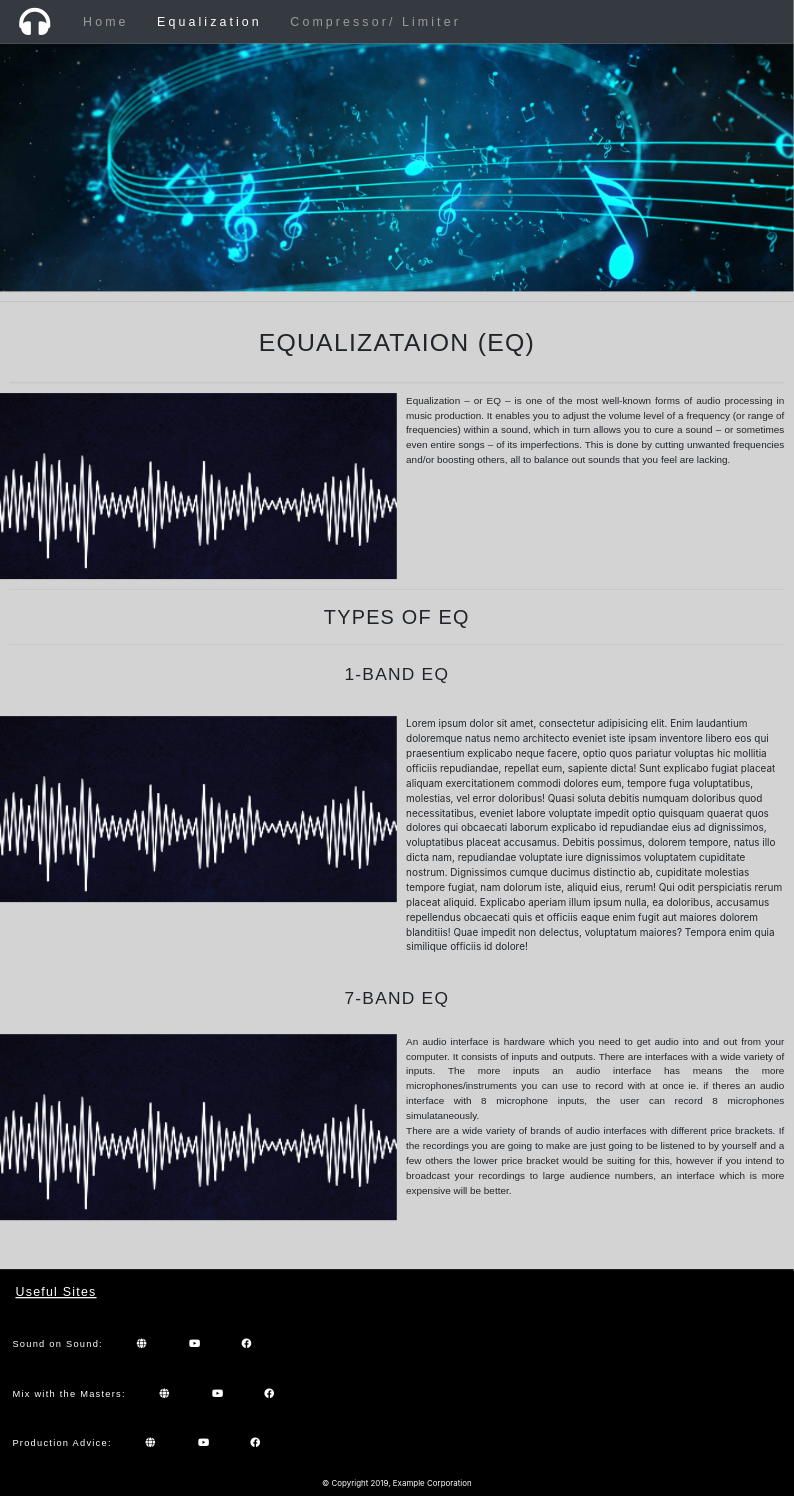
Repository: djjtyn/CIMilestoneProject1
Page: eq.html
The author's editor kept a record of every edit. The page is drawn from the files as they stood at one moment, then again after the next edit.
The browser window is 1280 px wide. The pictures show the whole page, at 62% of full size.
Some web libraries are served in a nearby version.

Above is the page before.
Console error (its wording comes from the project's code and is left out).

### eq.html
<!DOCTYPE html>
<html lang="en">
<head>
    <meta charset="UTF-8">
    <meta name="viewport" content="width=device-width, initial-scale=1.0">
    <meta http-equiv="X-UA-Compatible" content="ie=edge">
    <link rel="stylesheet" href="https://stackpath.bootstrapcdn.com/bootstrap/4.3.1/css/bootstrap.min.css" integrity="sha384-ggOyR0iXCbMQv3Xipma34MD+dH/1fQ784/j6cY/iJTQUOhcWr7x9JvoRxT2MZw1T" crossorigin="anonymous">
    <link href="https://cdnjs.cloudflare.com/ajax/libs/font-awesome/5.9.0/css/all.min.css" rel="stylesheet">
    <link rel="stylesheet" href="css/style.css" type="text/css" />
    <title>Digital Audio Workstation</title>
</head>
<body>
  <nav class="navbar navbar-expand-md navbar-dark bg-dark fixed">
            <div class="nav-brand">
                <i class="fas fa-headphones"></i>
            </div>
            <button class="navbar-toggler" type="button" data-toggle="collapse" data-target="#navbarResponsive" aria-hidden="true">
                <span class="navbar-toggler-icon"></span>
            </button>

            <div class="collapse navbar-collapse" id="navbarResponsive">
                <ul class="navbar-nav mr-auto">
                    <li class="nav-item">
                        <a class="nav-link" href="index.html">Home</a>
                    </li>
                      <li class="nav-item">
                        <a class="nav-link active" href="eq.html">Equalization</a>
                    </li>
                      <li class="nav-item">
                        <a class="nav-link" href="compressor.html">Compressor/ Limiter</a>
                    </li>
                </ul>
            </div>
        </nav> <!--NAVBAR-->

  <div class="no-gutters common-img "></div>                                  <!--COMMON PIC-->

  <hr>
                                                                            <!--MAIN-->
  <section class="container-fluid">
    <div class="row">
      <div class="col-12">
        <h1>EQUALIZATAION (EQ)</h1>
      </div>
    </div>
    <hr>

    <div class="row">
      <div class="col-12 col-md-6 eq"></div>
      <div class="col-12 col-md-6">
        <p>Equalization – or EQ – is one of the most well-known forms of audio processing in music production. It enables you to adjust the volume level of a frequency (or range of frequencies) within a sound, which in turn allows you to cure a sound – or sometimes even entire songs – of its imperfections. This is done by cutting unwanted frequencies and/or boosting others, all to balance out sounds that you feel are lacking.</p>
      </div>
    </div>
    <hr>
    <h2>Types of EQ</h2>
    <hr>

    <div class="row comp">
      <div class="col-12">
        <h3>1-Band EQ</h3>
      </div>

      <div class="col-12 col-md-6 eq"></div>
      <div class="col-12 col-md-6">
    Lorem ipsum dolor sit amet, consectetur adipisicing elit. Enim laudantium doloremque natus nemo architecto eveniet iste ipsam inventore libero eos qui praesentium explicabo neque facere, optio quos pariatur voluptas hic mollitia officiis repudiandae, repellat eum, sapiente dicta! Sunt explicabo fugiat placeat aliquam exercitationem commodi dolores eum, tempore fuga voluptatibus, molestias, vel error doloribus! Quasi soluta debitis numquam doloribus quod necessitatibus, eveniet labore voluptate impedit optio quisquam quaerat quos dolores qui obcaecati laborum explicabo id repudiandae eius ad dignissimos, voluptatibus placeat accusamus. Debitis possimus, dolorem tempore, natus illo dicta nam, repudiandae voluptate iure dignissimos voluptatem cupiditate nostrum. Dignissimos cumque ducimus distinctio ab, cupiditate molestias tempore fugiat, nam dolorum iste, aliquid eius, rerum! Qui odit perspiciatis rerum placeat aliquid. Explicabo aperiam illum ipsum nulla, ea doloribus, accusamus repellendus obcaecati quis et officiis eaque enim fugit aut maiores dolorem blanditiis! Quae impedit non delectus, voluptatum maiores? Tempora enim quia similique officiis id dolore!
      </div>
    </div>


    <div class="row">
      <div class="col-12">
        <h3>7-Band EQ</h3>
      </div>
    </div>

    <div class="row int">
      <div class="col-12 col-md-6 eq"></div>
      <div class="col-12 col-md-6">
        <p>An audio interface is hardware which you need to get audio into and out from your computer. It consists of inputs and outputs. There are interfaces with a wide variety of inputs. The more inputs an audio interface has means the more microphones/instruments you can use to record with at once ie. if theres an audio interface with 8 microphone inputs, the user can record 8 microphones simulataneously.<br>
          There are a wide variety of brands of audio interfaces with different price brackets. If the recordings you are going to make are just going to be listened to by yourself and a few others the lower price bracket would be suiting for this, however if you intend to broadcast your recordings to large audience numbers, an interface which is more expensive will be better.</p>
      </div>
    </div>
    </section>



  <footer class="container-fluid links">
    <h5 class="uppercase">Useful Sites</h5>
    <div class="sos">
      <h6>Sound on Sound:</h6>
    <a href="https://www.soundonsound.com/" target="_blank"> <i class="fas fa-globe"></i></a>
    <a href="https://www.youtube.com/channel/UCFw2zGrdiLLAwbNQra1vtnA" target="_blank"><i class="fab fa-youtube"></i></a>
    <a href="https://www.facebook.com/soundonsoundmag/" target="_blank"><i class="fab fa-facebook"></i></a>
    </div>
    <div class="mwthm">
      <h6>Mix with the Masters:</h6>
    <a href="https://mixwiththemasters.com/" target="_blank"><i class="fas fa-globe"></i></a>
    <a href="https://www.youtube.com/user/MixWithTheMASTERS" target="_blank"><i class="fab fa-youtube"></i></a>
      <a href="https://www.facebook.com/MixWithTheMasters/" target="_blank"><i class="fab fa-facebook"></i></a>
    </div>
     <div class="pa">
      <h6>Production Advice:</h6>
    <a href="https://productionadvice.co.uk/" target="_blank"><i class="fas fa-globe"></i></a>
    <a href="https://www.youtube.com/channel/UCMFrnWIF6N5YtOZzmCGP16A" target="_blank"><i class="fab fa-youtube"></i></a>
     <a href="https://www.facebook.com/ProductionAdvice/" target="_blank"><i class="fab fa-facebook"></i></a>
    </div>

    <div class="copy">
      <small>&copy; Copyright 2019, Example Corporation</small>
    </div>




    </footer>

</body>
<script src="https://cdnjs.cloudflare.com/ajax/libs/jquery/3.2.1/jquery.min.js"></script>
<script src="https://cdnjs.cloudflare.com/ajax/libs/twitter-bootstrap/4.0.0-alpha.6/js/bootstrap.min.js"></script>
</html>

### css/style.css
h1, h2, h3 {
    text-align: center;
    font-family: Arial;
    padding: 5;
    margin:2%;
    letter-spacing: 2px;
    text-transform: uppercase;
}

h3{
    padding: 15px;
}

p{
    text-align: justify;
    font-family: Arial;
}


/*-------------------------------------------------NAVBAR---*/

nav{
    height: 70px;
    font-size: 20px;
    color: #fff;
}

.fa-headphones{
    padding-left: 15px;
    padding-right:15px;
    margin-right: 15px;
    font-size: 50px;
}

nav ul li {
    padding:15px;
    font-family: Arial;
    letter-spacing: 5px;}

/*-------------------------------------------------COMMON IMG---*/
.common-img {
    height: 400px;
    width: 100%;
    background-image: url("../images/bg.jpg");
    background-size: cover;
    background-repeat: no-repeat;
    background-position: center;
   width: 100%;
   }


/*-------------------------------------------------MAIN---*/
h1, h2, h3 {
    text-align: center;
}

body{
    background-color: #d3d3d3;
}

.pro-tools, .ableton, .audacity, .audition {
    display: inline-block;
    padding: 2%;
}

.icons {
    text-align: center;}


/*-------------------------------------------------Requirements--*/
.comp h3{
    margin-bottom:35px;
    margin-top:0;
}

.comp ul {
    text-align:center;
    padding:15px;
}



.comp .fa-apple-alt{
    padding:10px;
}

.computer {
    width: 356px;
    height: 300px;
    background-image: url("../images/computer.jpg");
    background-size: contain;
    background-repeat: no-repeat;
    }




.interface{
    background-image: url("../images/interface.jpg");
     height: 300px;
     width:100%;
    background-size: contain;
    background-repeat: no-repeat;}

.microphone{
    background-image: url("../images/microphones.png");
     height: 300px;
    background-size: contain;
    background-repeat: no-repeat;
    background-position:center;

}

.comp, .mic, .int{
    margin-bottom:15px;
   }

ul{
    list-style: none;
    letter-spacing: 2px;
}


/*-------------------------------------------------FOOTER---*/


footer {
    background-color: #000;
    margin-top:5%;


}

h5 {
    font-family: Arial;
    color: #fff;
    letter-spacing: 2px;
    text-decoration: underline;
    font-weight: 300;
    padding: 15px;
    margin: 5;
}

h6 {
    font-family: Arial;
    letter-spacing: 2px;
    color: white;
    font-size: 15px;
}

.links a, .links, h6 {
    display: inline-block;
    padding: 10px;}

footer i {
    height: 30px;
    width: 20px;
    color: #fff;
    padding: 15px;
    margin: 15px;
    transition-timing-function: ease-in-out;
    transition-duration: .5s;
}

.copy{
    color: #fff;
    text-align: center;
    margin-top: 20px;
}

footer i:hover {
  color: red;
}

 /*-------------------------------------------------EQ---*/
 .eq{
     background-image: url("../images/EQ.png");
     background-size: cover;
     background-repeat: no-repeat;
     height: 300px;
     width:100%;
 }

 .oneband {
     background-image: url("../images/1band.png");
     background-size: contain;
     background-repeat: no-repeat;
     background-position: center;
     width:100%;
 }

 .sevenband{
     background-image: url("../images/7band.jpg");
     width:100%
     background-size: contain;
     background-repeat: no-repeat;
     background-position: center;


 }

After the next edit:
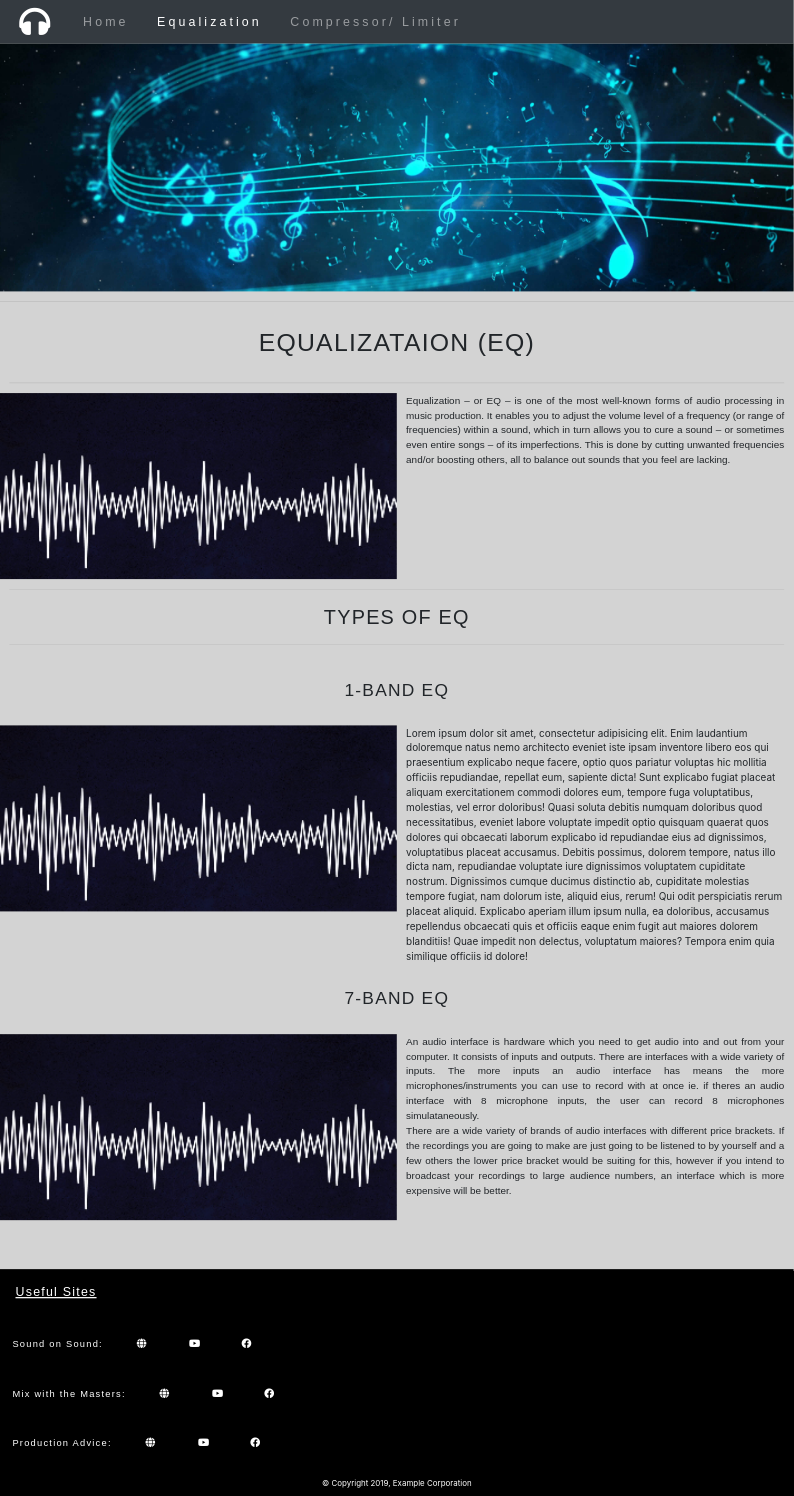
The edit:
--- a/eq.html
+++ b/eq.html
@@ -55,7 +55,7 @@
     <h2>Types of EQ</h2>
     <hr>
 
-    <div class="row comp">
+    <div class="row">
       <div class="col-12">
         <h3>1-Band EQ</h3>
       </div>
